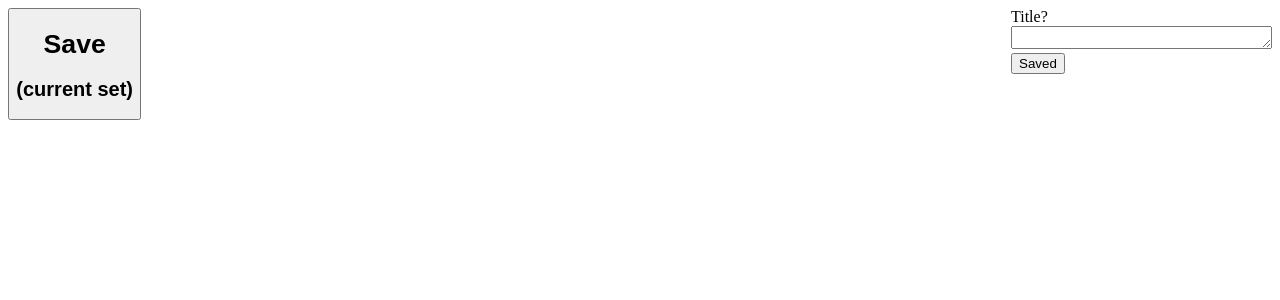
Repository: pixman92/GitTab
Page: popup.html
An editor plug-in stored every save of this project. The page is shown before and after the next save, followed by the edit.
The browser window is 1280 px wide. The pictures show the whole page.

Above is the page before, as saved 2020-01-28 20:26:12.

### popup.html
<!-- this file, is the 'instructions' of the extension
showing the different commands -->

<!DOCTYPE html>
<html>
<head>
    <meta charset="utf-8" />
    <meta http-equiv="X-UA-Compatible" content="IE=edge">
    <title>GitTab - Help</title>
    <meta name="viewport" content="width=device-width, initial-scale=1">
    <!-- <link rel="stylesheet" type="text/css" media="screen" href="main.css" /> -->
    <!-- <script src="main.js"></script> -->
    <script src="takeMeToBackground.js"></script>
    <style>
        #back{
            width: 10em;
        }
        .grid1{
            display: grid;
            grid-template-columns: 8fr 1fr;
            grid-gap: 25px;
        }
        .grid2{
            display: grid;
            grid-template-rows: 1fr 1fr;
        }
        textarea{
            height: 1.3em;
            font-size: 1em;
        }
    </style>
</head>
<body>
        <div class="grid1">
            <div>
                <button id="back"><span>
                    <h1>Save</h1><h2>(current set)</h2>
                </span></button>
            </div>
            <div class="">
                <div>

                    Title?
                </div>
                <div>
                    <textarea name="" id="title" cols="30" rows="10"></textarea>
                    <button class="margTop" id="savedButton">Saved</button>
                </div>
            </div>
            <div>

            </div>
        </div>
        <div>
        </div>

</body>
</html>

### takeMeToBackground.js
window.onload = ()=>{
    document.getElementById('back').addEventListener('click', ()=>{
        if(!document.getElementById('title').value){

        }

        pullCurrentWindow();
    });
    document.getElementById('savedButton').addEventListener('click', ()=>{
        showBackground();
    });
}

//========================================
//functions for pulling Tab data

// var tabGlobal;
function pullCurrentWindow(){
    //DIFICULT Function!!
    // works on getting current tabs
    // saving them to 'chrome' storage
    // and reproducing them in background.html
    var tabGlobal;
    chrome.tabs.query({currentWindow: true}, (tab)=>{
        console.log('tab', tab);
        tabGlobal = tab;
        chrome.storage.sync.set({'tabSet': tabGlobal});
    });
    console.log('tabGlobal1', tabGlobal);


    showBackground();

}


function showBackground(){
    chrome.tabs.create({url: chrome.extension.getURL('background.html')});
}


//========================================

function wait(timout){
    return new Promise(resolve=>setTimeout(resolve, timout));
}

After the next save:
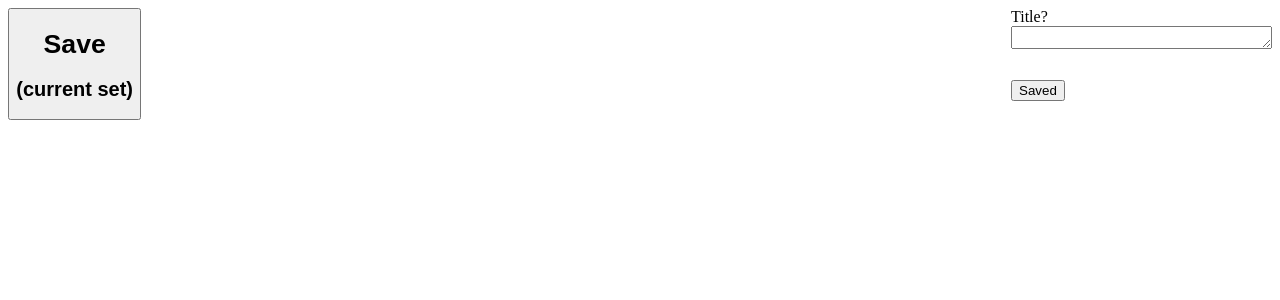
Saved 13 s later.
--- a/popup.html
+++ b/popup.html
@@ -28,6 +28,9 @@ showing the different commands -->
             height: 1.3em;
             font-size: 1em;
         }
+        .margTop{
+            margin-top: 2em;
+        }
     </style>
 </head>
 <body>
